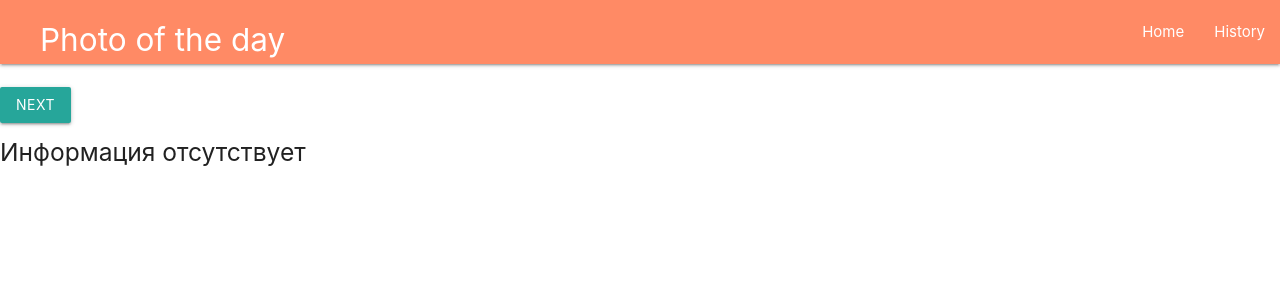
Repository: iveivs/getPhotoApi
Page: /
The author's editor kept a copy of each file at every save. The page is drawn from the files as they stood at one save, then again after the next save.
The browser window is 1280 px wide. The pictures show the whole page.
The page's requests for data from a server got no answer. The project was rebuilt for these pictures with package versions that can differ from the ones it lists, and the page was loaded fresh each time. No one was signed in, and anything a server would have sent is missing. Also part of the build but not shown: vite.config.js, src/components/HistoryItem.jsx.

Above is the page before, as saved 2024-01-31 11:41:13.

After the next save:
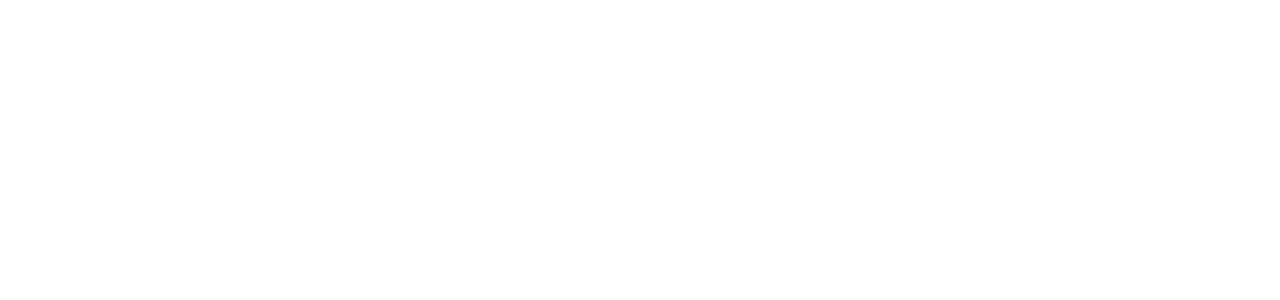
Console error: ReferenceError: tempArrForHistory is not defined
Saved 118 s later.
--- a/src/components/MainPhoto.jsx
+++ b/src/components/MainPhoto.jsx
@@ -39,7 +39,6 @@
     , [])
 
     const data = history.length ? history[history.length - 1] : null
-    const tempArrForHistory = history.length ? history : []
 
     return (
         <div >

After the save that followed:
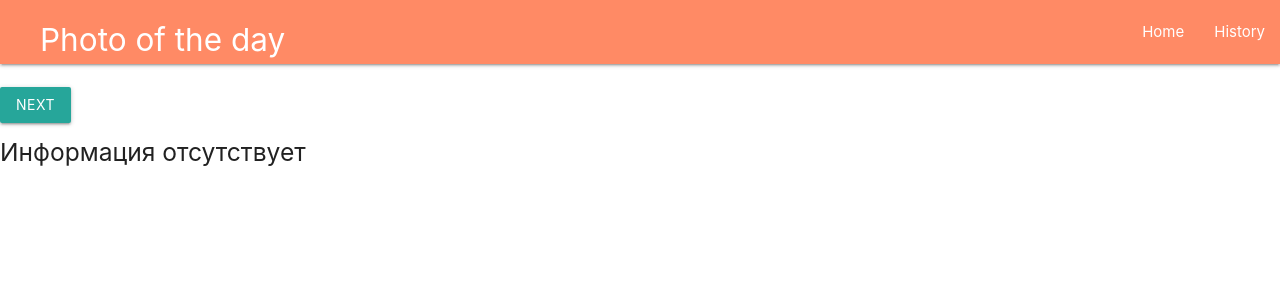
The error is gone.
Saved 7 s later.
--- a/src/components/MainPhoto.jsx
+++ b/src/components/MainPhoto.jsx
@@ -42,7 +42,7 @@
 
     return (
         <div >
-            <DataContext.Provider value={tempArrForHistory }>
+            <DataContext.Provider value={history }>
             {!!data && <h5 className="title-name">Photo by: {data.user.name}</h5>}
             {loading ? ( <Preloader />
             ) : (
